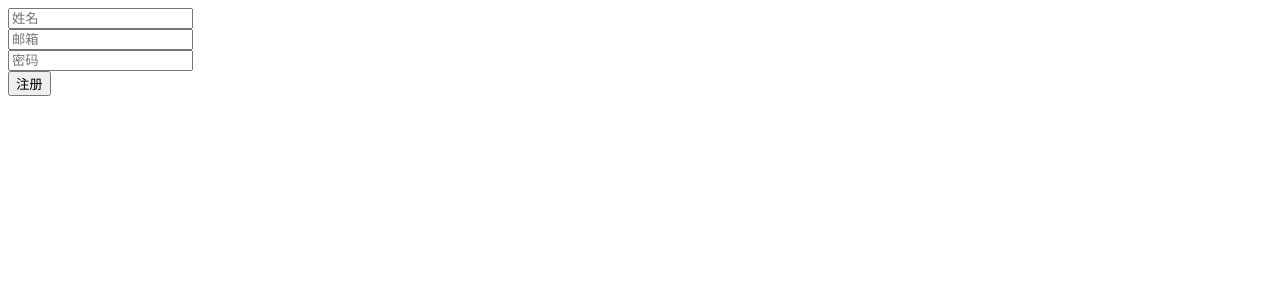
Repository: richangchangri/2025S_CAP
Page: http://localhost/ci431/register.php
These files come from the project's save history. The page is drawn as it stood at one moment and after the next save; the edit follows.
The browser window is 1280 px wide. The pictures show the whole page.
The page is run by PHP 8.4 with error messages shown; the project is at /var/www/html/.

Above is the page before, as saved 2025-02-18 06:45:48.

After the next save:
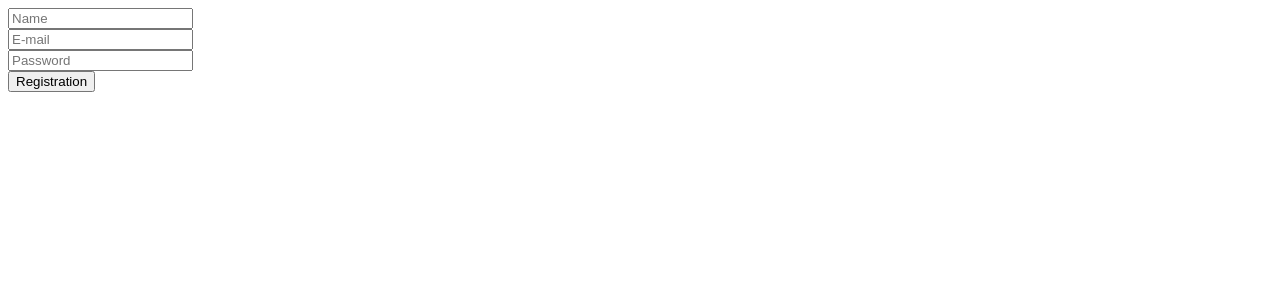
Saved 39 s later.
--- a/register.php
+++ b/register.php
@@ -10,13 +10,13 @@ if ($_SERVER["REQUEST_METHOD"] == "POST") {
     if ($stmt->execute([$name, $email, $password])) {
         echo "Successful registration!";
     } else {
-        echo "注册失败！";
+        echo "Registration failure！";
     }
 }
 ?>
 <form method="POST">
-    <input type="text" name="name" placeholder="姓名" required><br>
-    <input type="email" name="email" placeholder="邮箱" required><br>
-    <input type="password" name="password" placeholder="密码" required><br>
-    <button type="submit">注册</button>
+    <input type="text" name="name" placeholder="Name" required><br>
+    <input type="email" name="email" placeholder="E-mail" required><br>
+    <input type="password" name="password" placeholder="Password" required><br>
+    <button type="submit">Registration</button>
 </form>
